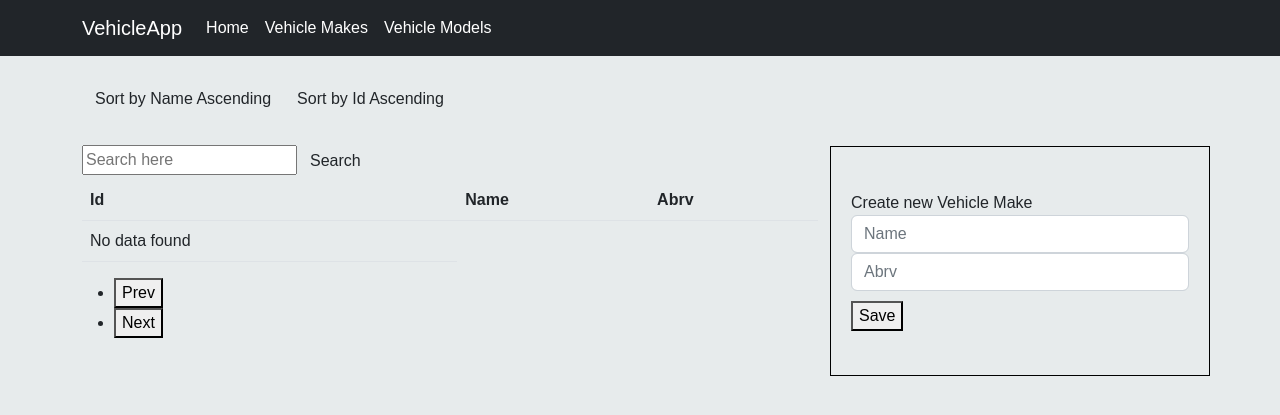
Repository: magdalenarajic/VehicleFrontend
Page: /Makes
The author's editor kept a copy of each file at every save. The page is drawn from the files as they stood at one save, then again after the next save.
The browser window is 1280 px wide. The pictures show the whole page.
The page's requests for data from a server got no answer. The project was rebuilt for these pictures with package versions that can differ from the ones it lists, and the page was loaded fresh each time. No one was signed in, and anything a server would have sent is missing. Also part of the build but not shown: src/components/Home.js, src/services/modelService.js, src/stores/modelStore.js, src/components/VehicleModel.js.

Above is the page before, as saved 2023-03-11 09:29:45.

After the next save:
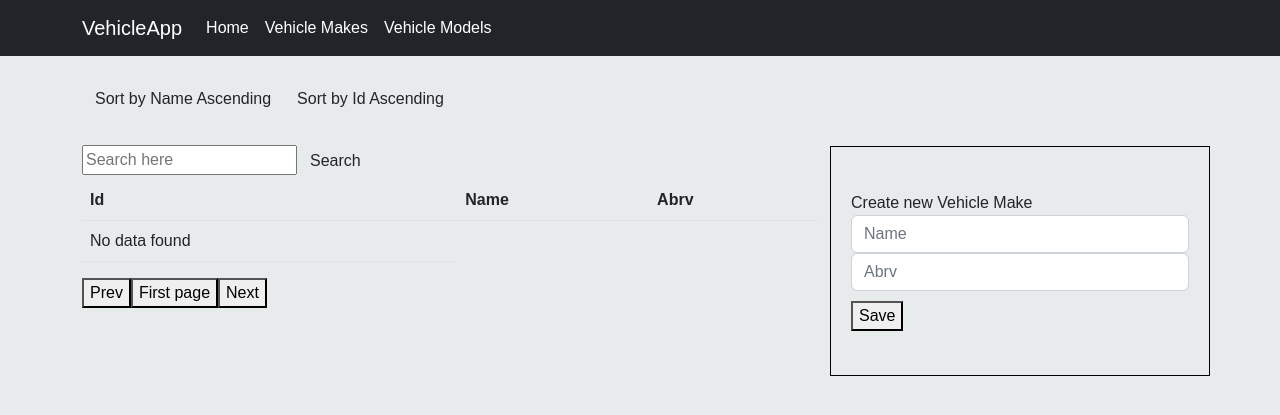
Saved 2 min 22 s later.
--- a/src/components/VehicleMake.js
+++ b/src/components/VehicleMake.js
@@ -158,15 +158,10 @@ const MakeList = () => {
                   </tbody>
                 </Table>
                 <Col>
-                <ul className="pageNumbers">
-               <li>
-                   <button>Prev</button>
-               </li>
-
-                <li>
-                   <button > Next</button>
-               </li>
-            </ul>
+               <button> Prev </button>
+               <button> First page </button>
+               <button> Next </button>
+
             </Col>
               </Col>
               <Col
